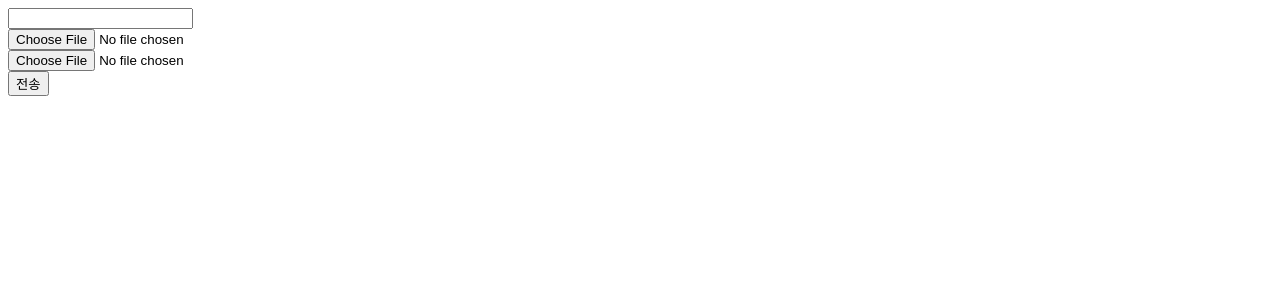
Repository: Rysdne/04_Spring
Page: http://localhost/demo-4/fileformjson.jsp
The author's editor kept a copy of each file at every save. The page is drawn from the files as they stood at one save, then again after the next save.
The browser window is 1280 px wide. The pictures show the whole page.
The page is served by Tomcat 9. Other server files are loaded and not shown.

Above is the page before, as saved 2022-09-13 02:20:35.

### demo-4/src/main/webapp/fileformjson.jsp
<%@ page language="java" contentType="text/html; charset=EUC-KR"
	pageEncoding="EUC-KR"%>
<!DOCTYPE html>
<html>
<head>
<meta charset="EUC-KR">
<title>Insert title here</title>
<script
	src="https://ajax.googleapis.com/ajax/libs/jquery/3.5.1/jquery.min.js"></script>

<script>
	function jsonformsend() {
		// 일반 String : json 형태
		// 파일 데이터 : fomrData 형태
		var data = {"key":$('#key').val(), "value":$('#value').val()}
	}
</script>

</head>
<body>

	<input type="text" id="key" name="key">
	<br>
	<input type="file" id="file" name="file">
	<br>
		<input type="file" id="file" name="file">

	<br>
	<input type="button" value="전송" onclick="jsonformsend()">

</body>
</html>

After the next save:
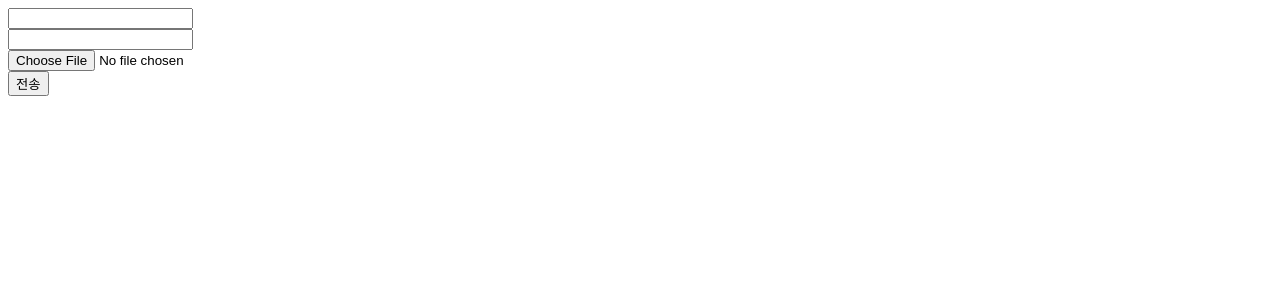
Saved 13 s later.
--- a/demo-4/src/main/webapp/fileformjson.jsp
+++ b/demo-4/src/main/webapp/fileformjson.jsp
@@ -21,10 +21,9 @@
 
 	<input type="text" id="key" name="key">
 	<br>
+	<input type="text" id="value" name="value">
+	<br>
 	<input type="file" id="file" name="file">
-	<br>
-		<input type="file" id="file" name="file">
-
 	<br>
 	<input type="button" value="전송" onclick="jsonformsend()">
 
